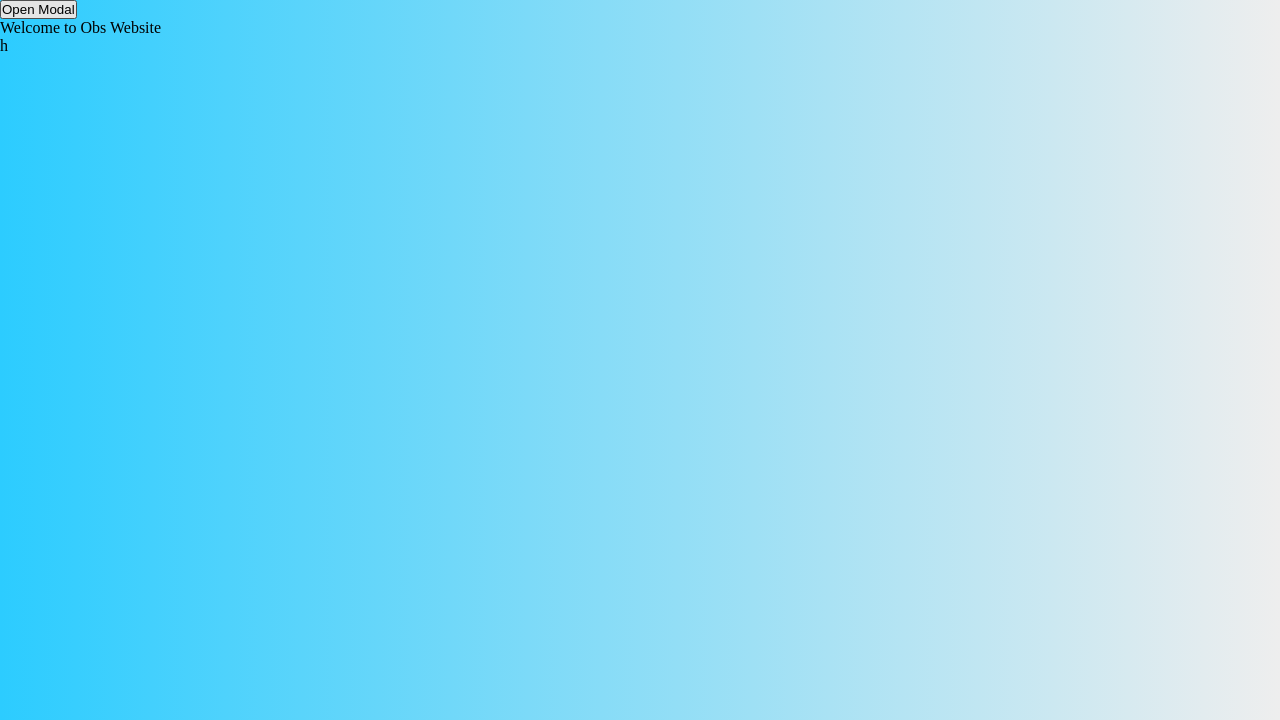
Repository: lausamtuong/Modal_card
Page: index.html
An editor plug-in stored every save of this project. The page is shown before and after a run of saves, followed by the edit.
The browser window is 1280 px wide. The pictures show the whole page.
The style sheet was rebuilt from its Sass, Less or Tailwind sources for each picture, by a compiler version that may differ from the author's.

Above is the page before, as saved 2021-12-14 21:26:07.

### index.html
<!DOCTYPE html>
<html lang="en">
<head>
    <meta charset="UTF-8">
    <meta http-equiv="X-UA-Compatible" content="IE=edge">
    <meta name="viewport" content="width=device-width, initial-scale=1.0">
    <link rel="stylesheet" href="style.css">
    <title>Document</title>
</head>
<body>
    <button class="open__btn">Open Modal</button>
    <div class="modal">
        <div class="modal__inner">
            <div class="modal__heade">
                <p>Welcome to Obs Website</p>
                h
            </div>
            <div class="modal__body"></div>
            <div class="modal__footer"></div>
        </div>
    </div>
</body>
</html>

### style.scss
*{
    margin: 0;
    padding: 0;
    box-sizing: border-box;
}
body{
    height: 100vh;
    background:  linear-gradient( to right,#2cccff ,#eee );;
}
button{
    margin: auto;
}

After the next 3 saves:
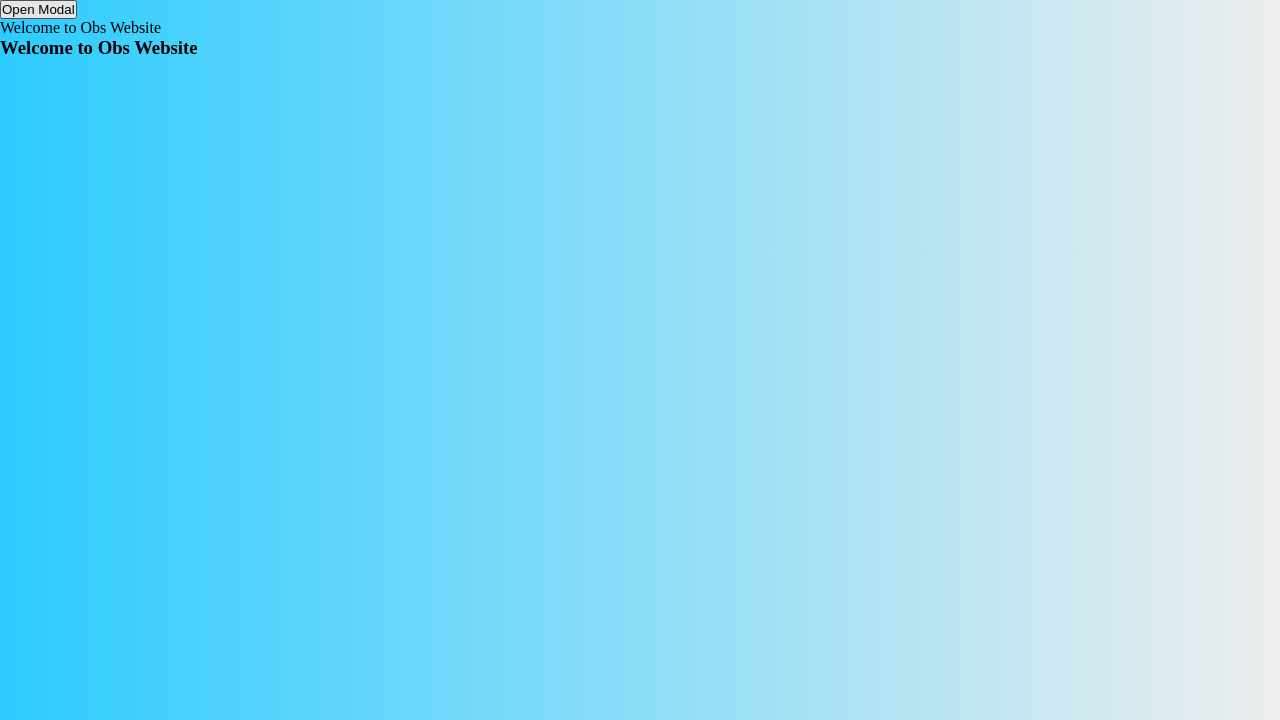
The 3 saves are shown as one change because they came seconds apart.
The last was saved 8 s later.
--- a/index.html
+++ b/index.html
@@ -13,7 +13,7 @@
         <div class="modal__inner">
             <div class="modal__heade">
                 <p>Welcome to Obs Website</p>
-                h
+                <h3>Welcome to Obs Website</h3>
             </div>
             <div class="modal__body"></div>
             <div class="modal__footer"></div>
